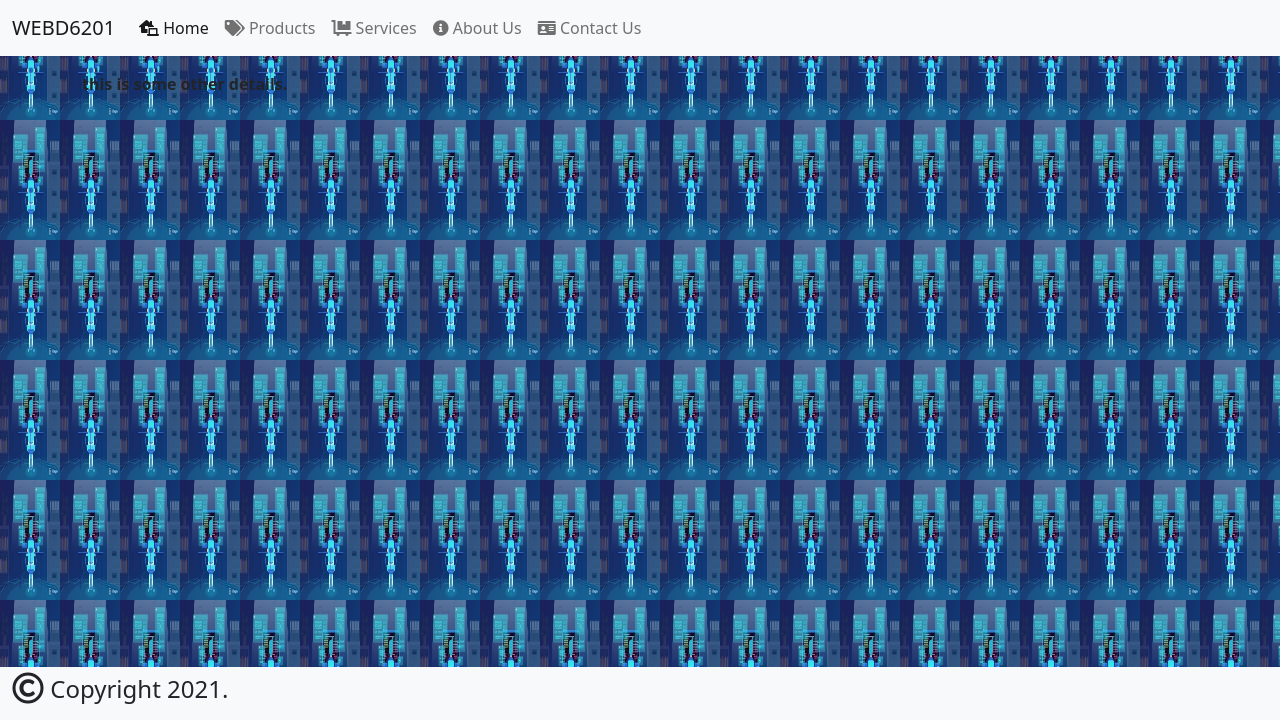
Repository: MuzhdaEhsan/WEBD6201-W2021-Lab1
Page: index.html
An editor plug-in stored every save of this project. The page is shown before and after the next save, followed by the edit.
The browser window is 1280 px wide. The pictures show the whole page.

Above is the page before, as saved 2021-02-05 20:39:25.

After the next save:
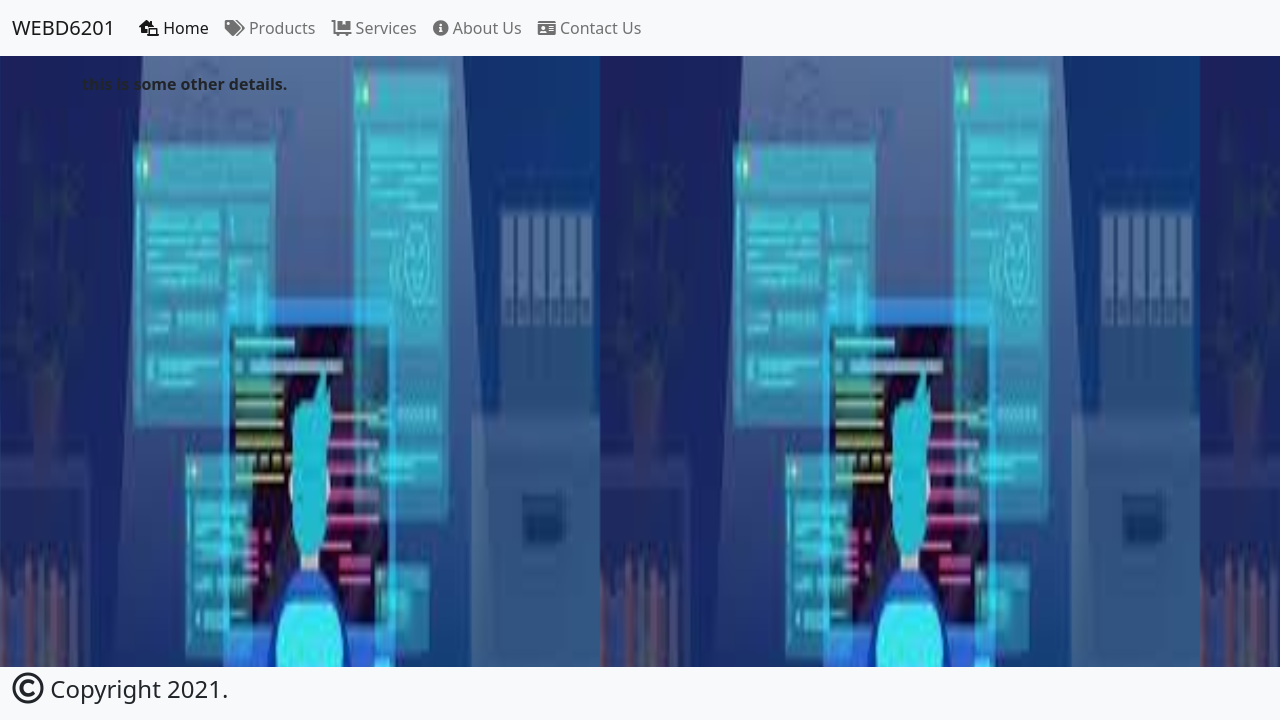
Saved 15 s later.
--- a/Scripts/app.js
+++ b/Scripts/app.js
@@ -31,7 +31,7 @@
 {
     function displayHome()
     {
-      let imageSize = "60px 120px";
+      let imageSize = "600px 1200px";
       let imageUrl2 = `url('./download.jpg')`;
       //document.body.style.backgroundImage = "url('./download.jpg')";
       let bodyImage = document.body.style;
